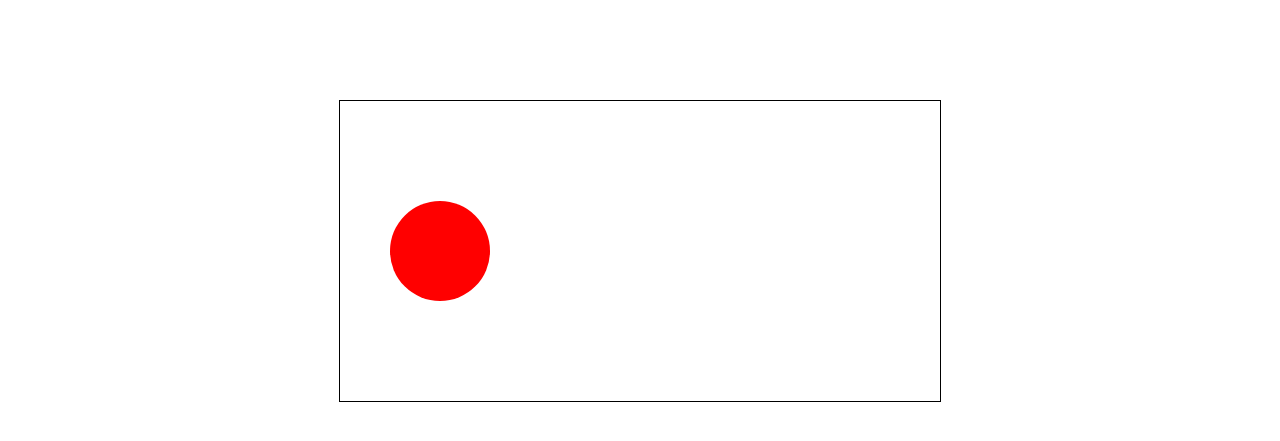
Repository: taoxiaofeng/hello-javascript
Page: demo/demo.html
An editor plug-in stored every save of this project. The page is shown before and after the next save, followed by the edit.
The browser window is 1280 px wide. The pictures show the whole page.

Above is the page before, as saved 2024-07-13 12:26:25.

After the next save:
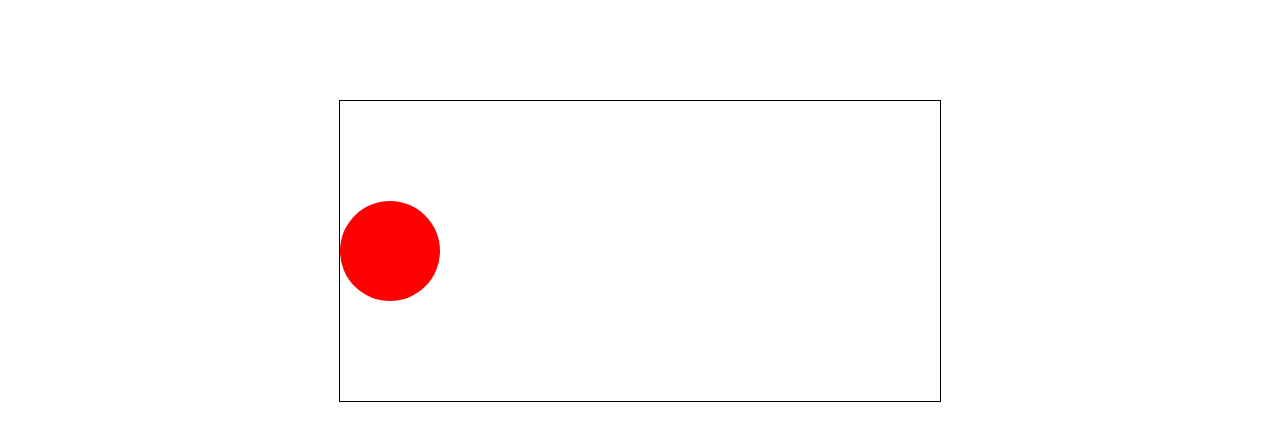
Saved 13 s later.
--- a/demo/demo.html
+++ b/demo/demo.html
@@ -19,7 +19,7 @@
             background-color: red;
             position: absolute;
             top: 50%;
-            left: 100px;
+            left: 50px;
             transform: translate(-50%, -50%);
             animation: move 2s linear infinite;
         }
